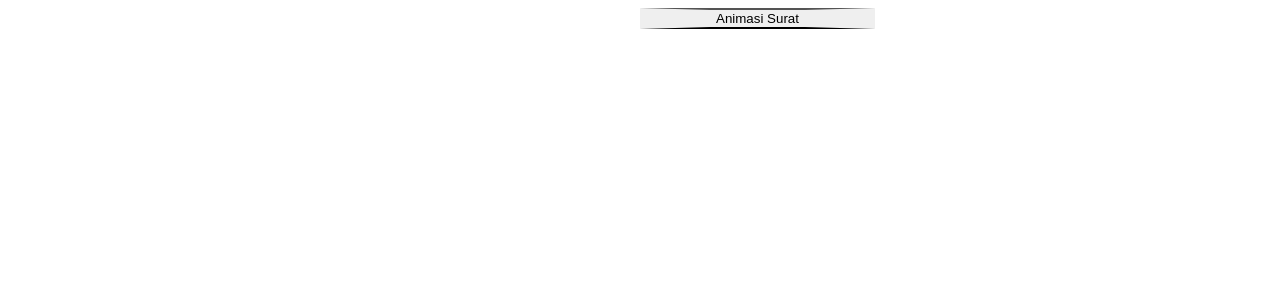
Repository: Irantsitumorang/projectRepo1
Page: BelajarJS/LatihanHTML/WebContent/suratj.html
An editor plug-in stored every save of this project. The page is shown before and after the next save, followed by the edit.
The browser window is 1280 px wide. The pictures show the whole page.

Above is the page before, as saved 2021-07-01 10:18:48.

After the next save:
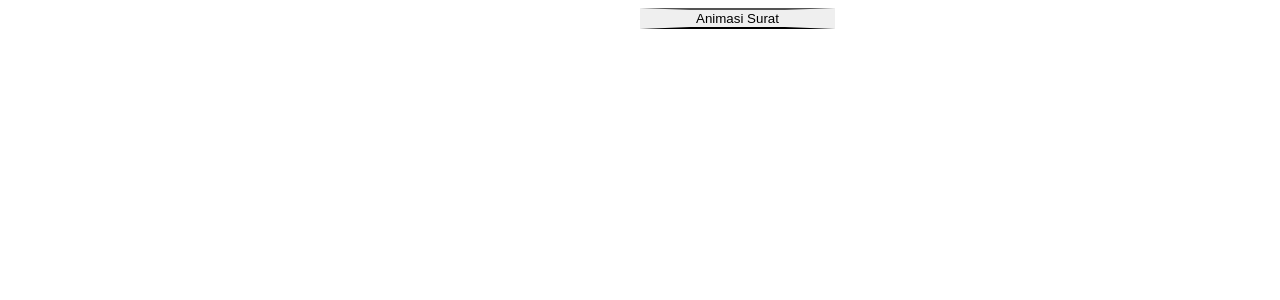
Saved 27 s later.
--- a/BelajarJS/LatihanHTML/WebContent/suratj.html
+++ b/BelajarJS/LatihanHTML/WebContent/suratj.html
@@ -11,8 +11,8 @@
 
 	#bg{
 	margin-left: 50%;
-	border-left: 70px solid transparent;
-	border-right: 70px solid transparent;
+	border-left: 50px solid transparent;
+	border-right: 50px solid transparent;
 	}
 
     #surat1 {
